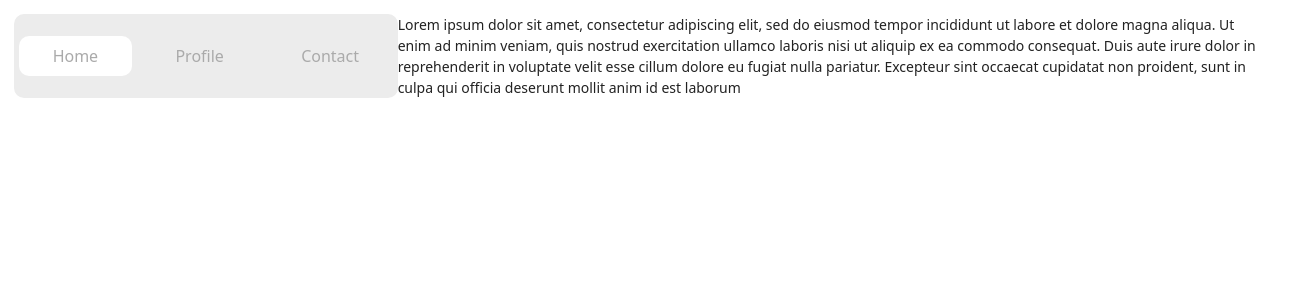
Repository: Appers-lab/sss-theme
Page: tasks/task-037/pilled-menu.html
These files come from the project's save history. The page is drawn as it stood at one moment and after a run of saves; the edit follows.
The browser window is 1280 px wide. The page is 1280 px wide, then 1294 px, then 1280 px, so the pictures cover 1294 px, including what lies to the right of the window. The pictures show the whole page.
The style sheet was rebuilt from its Sass, Less or Tailwind sources for each picture, by a compiler version that may differ from the author's.

Above is the page before, as saved 2021-07-05 16:44:41.

After the next 2 saves:
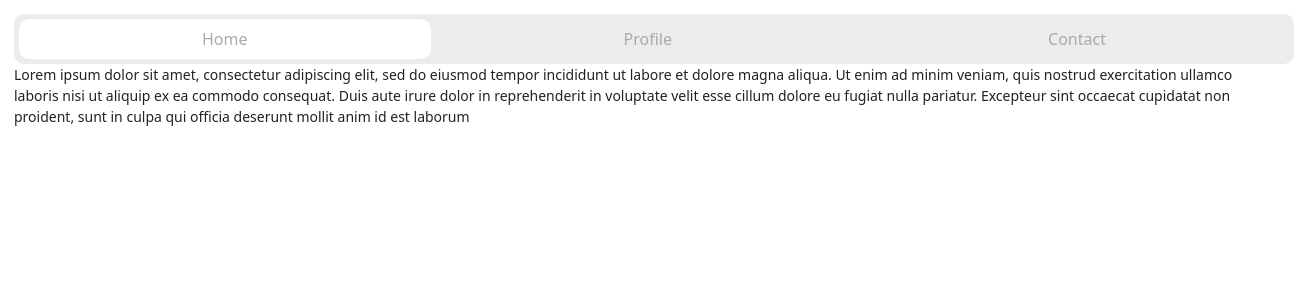
The 2 saves are shown as one change because they came seconds apart.
The last was saved 18 s later.
--- a/tasks/task-037/pilled-menu.html
+++ b/tasks/task-037/pilled-menu.html
@@ -10,7 +10,7 @@
 </head>
 <body>
 
-  <section style="display: flex; justify-content: center; padding: 1em;">
+  <section style="display: flex; flex-direction:column; : center; padding: 1em;">
     <menu class="menu--fill s-menu-pilled">
 
       <li>

After the 2 saves that followed:
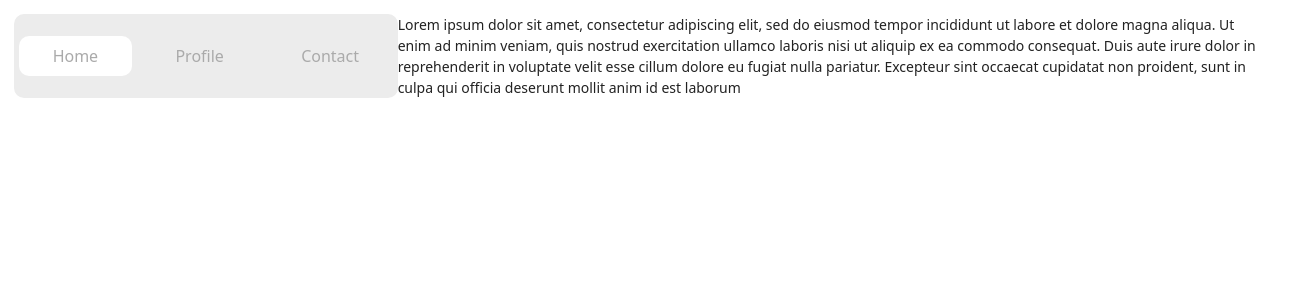
The 2 saves are shown as one change because they came seconds apart.
The last was saved 9 s later.
--- a/tasks/task-037/pilled-menu.html
+++ b/tasks/task-037/pilled-menu.html
@@ -10,7 +10,7 @@
 </head>
 <body>
 
-  <section style="display: flex; flex-direction:column; : center; padding: 1em;">
+  <section style="display: flex; flexjustify-content: center; padding: 1em;">
     <menu class="menu--fill s-menu-pilled">
 
       <li>
